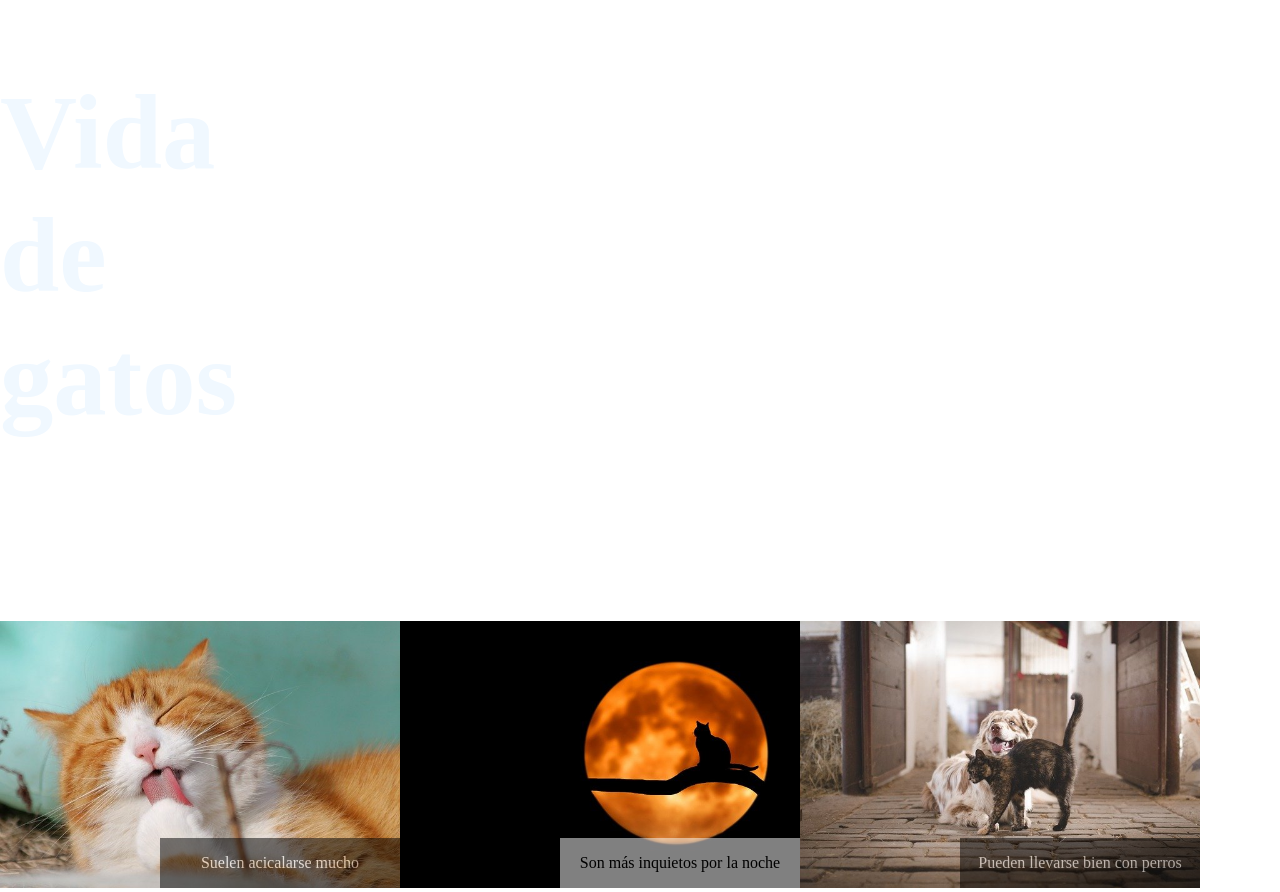
Repository: ScoggoDev/DesarrolloWeb
Page: tarea en equipo 1/tep3/vidadegatos/index.html
These files come from the project's save history. The page is drawn as it stood at one moment and after the next save; the edit follows.
The browser window is 1280 px wide. The pictures show the whole page.

Above is the page before, as saved 2021-07-14 20:57:28.

After the next save:
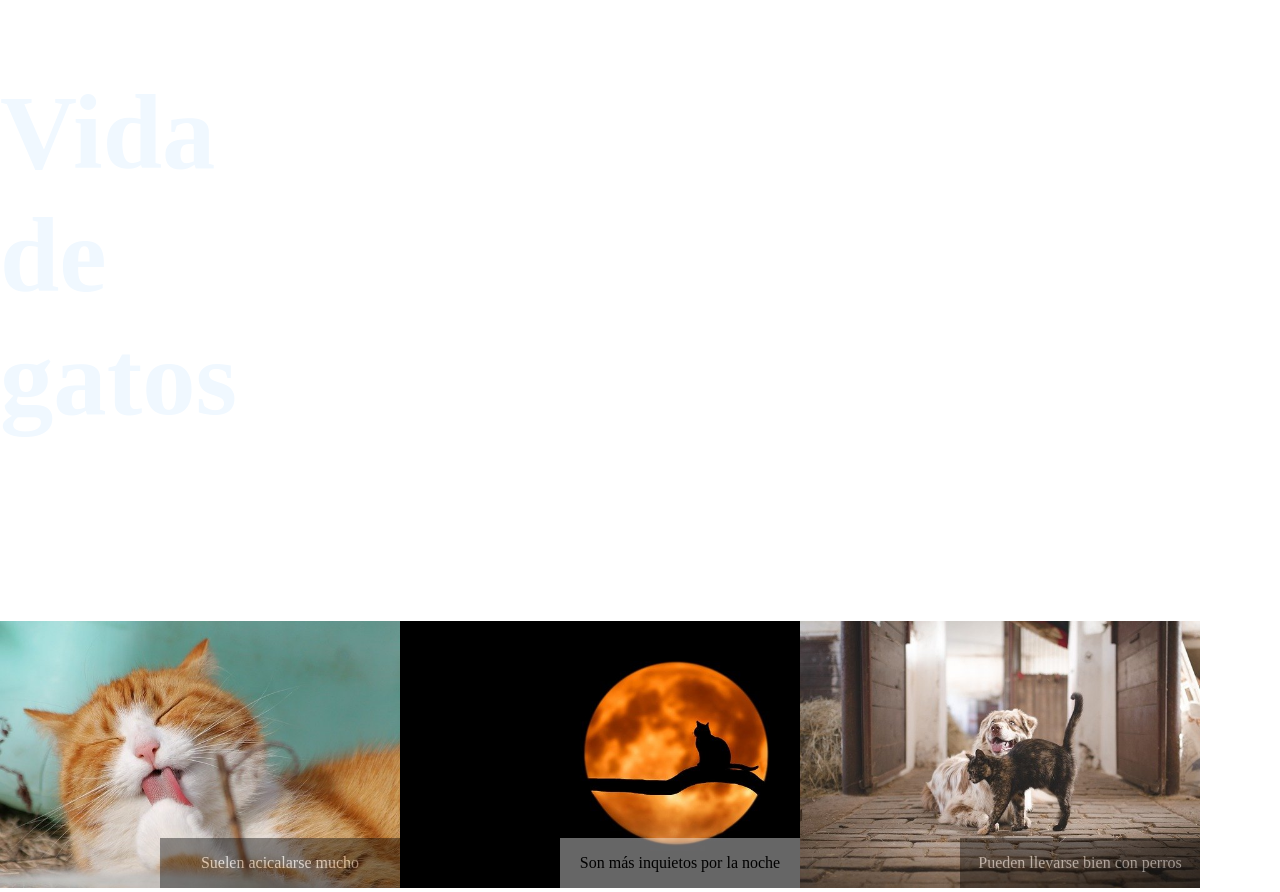
Saved 6 s later.
--- a/tarea en equipo 1/tep3/vidadegatos/css/estilos.css
+++ b/tarea en equipo 1/tep3/vidadegatos/css/estilos.css
@@ -42,10 +42,10 @@ body{
     width: 60%;
     color: white;
     background-color: black;
-    opacity: 0.5;
+    opacity: 0.4;
 }
 .text-block-different{
     background-color:white;
     color:black;
-    opacity: 0.5;
+    opacity: 0.4;
 }
